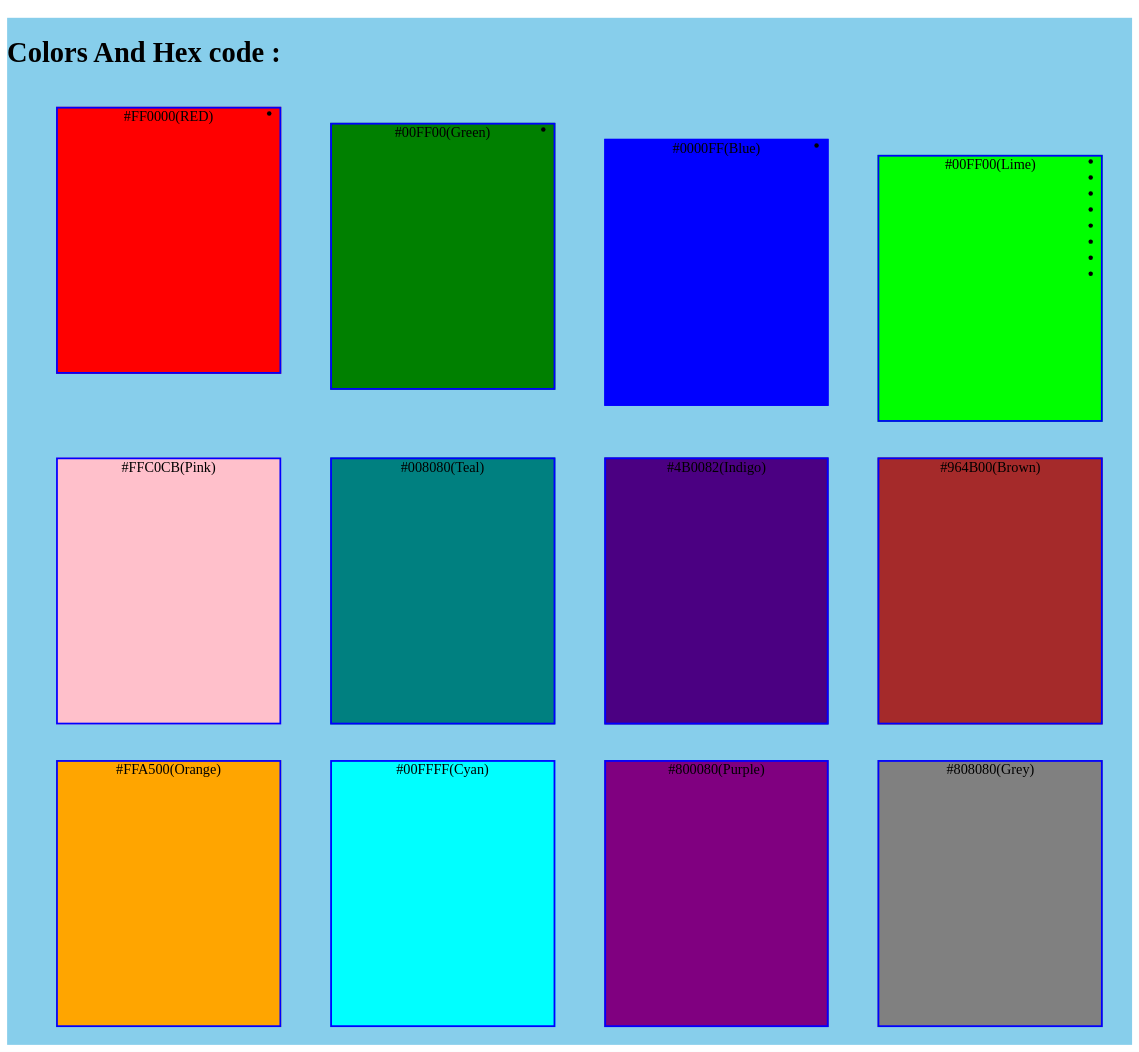
Repository: MintuKrishnan/subrahmanyam-batch
Page: front-end/position/index.html
These files come from the project's save history. The page is drawn as it stood at one moment and after the next save; the edit follows.
The browser window is 1280 px wide. The pictures show the whole page, at 89% of full size.

Above is the page before, as saved 2021-03-04 10:13:33.

After the next save:
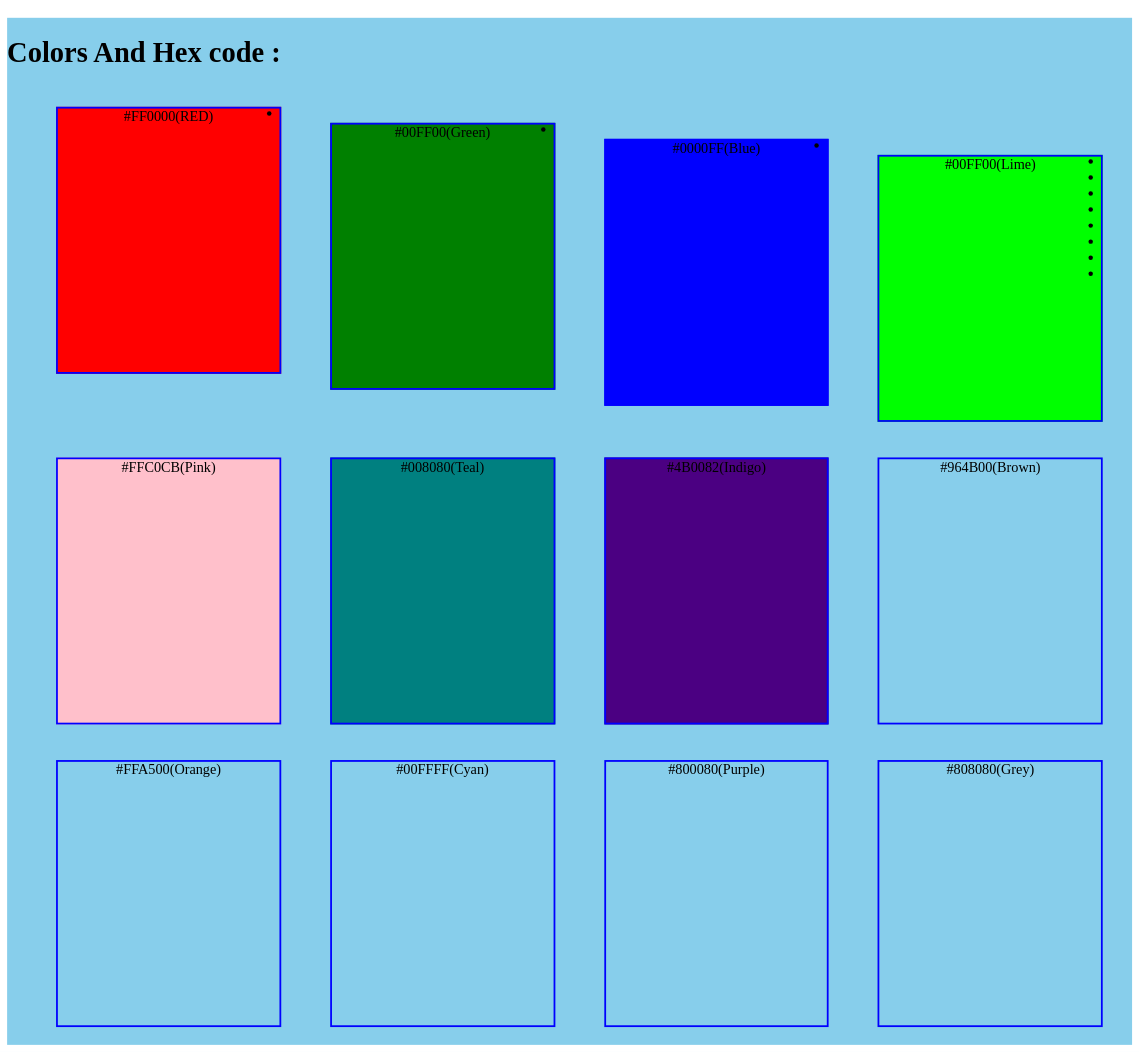
Saved 14 s later.
--- a/front-end/position/style.css
+++ b/front-end/position/style.css
@@ -43,61 +43,6 @@
 .container ul li .bottom7 {
   background: indigo;
 }
-.container ul li .bottom8 {
-  float: left;
-  list-style: none;
-  width: 20%;
-  height: 300px;
-  background: brown;
-  margin: 20px 0px 20px 55px;
-  border: 2px solid blue;
-  box-sizing: border-box;
-  text-align: center;
-}
-.container ul li .bottom9 {
-  float: left;
-  list-style: none;
-  width: 20%;
-  height: 300px;
-  background: orange;
-  margin: 20px 0px 20px 55px;
-  border: 2px solid blue;
-  box-sizing: border-box;
-  text-align: center;
-}
-.container ul li .bottom10 {
-  float: left;
-  list-style: none;
-  width: 20%;
-  height: 300px;
-  background: cyan;
-  margin: 20px 0px 20px 55px;
-  border: 2px solid blue;
-  box-sizing: border-box;
-  text-align: center;
-}
-.container ul li .bottom11 {
-  float: left;
-  list-style: none;
-  width: 20%;
-  height: 300px;
-  background: purple;
-  margin: 20px 0px 20px 55px;
-  border: 2px solid blue;
-  box-sizing: border-box;
-  text-align: center;
-}
-.container ul li .bottom12 {
-  float: left;
-  list-style: none;
-  width: 20%;
-  height: 300px;
-  background: grey;
-  margin: 20px 0px 20px 55px;
-  border: 2px solid blue;
-  box-sizing: border-box;
-  text-align: center;
-}
 
 .container ul li:hover {
   opacity: 0.8;
